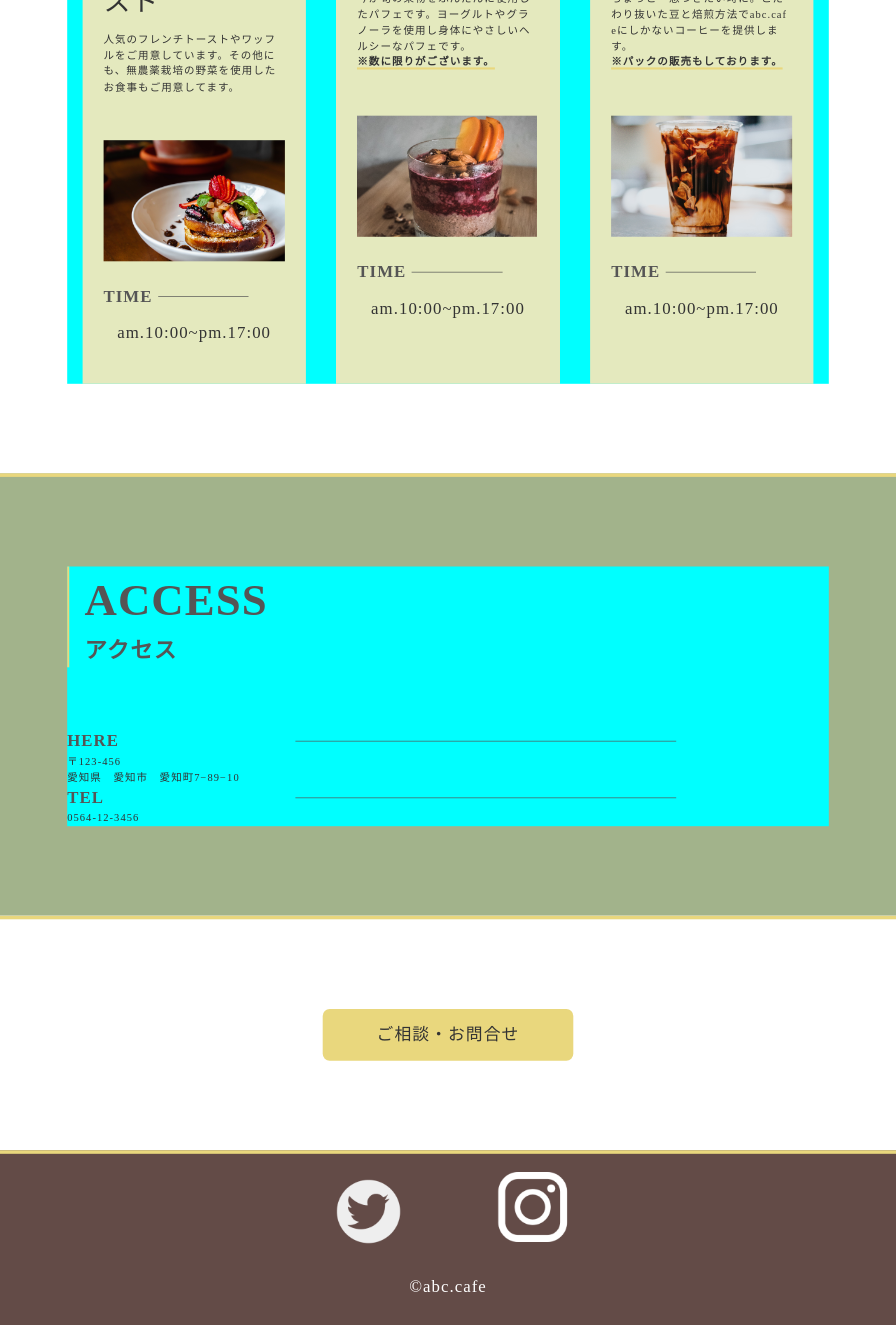
Repository: nozomi-23/lp1_test
Page: index.html
These files come from the project's save history. The page is drawn as it stood at one moment and after the next save; the edit follows.
The browser window is 1280 px wide. The pictures show the part of the page from y = 3545 to 5465 px (the page is 5439 px tall before and 5465 px after), at 70% of full size.

Above is the page before, as saved 2022-06-08 23:18:01.

After the next save:
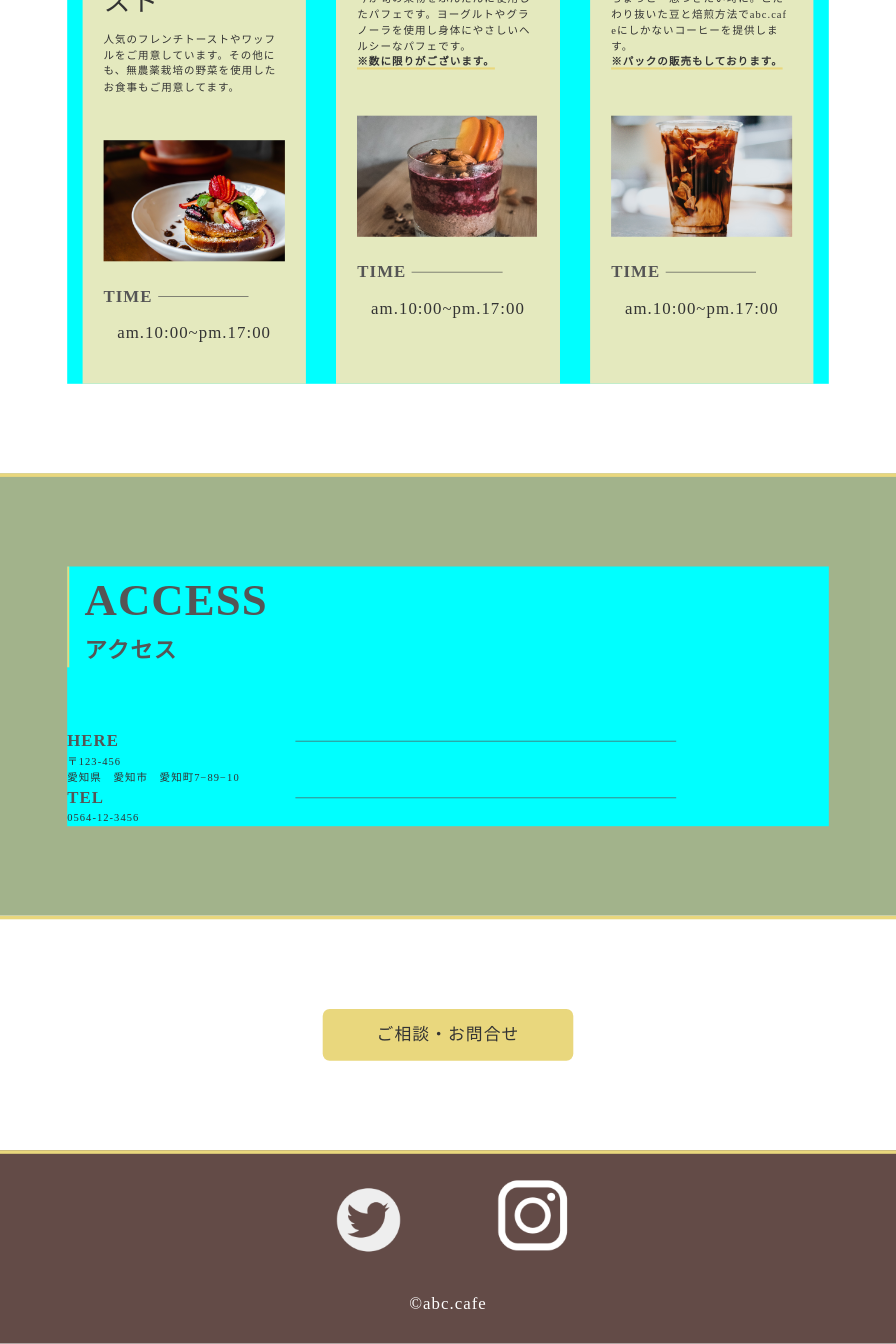
Saved 16 s later.
--- a/css/common.css
+++ b/css/common.css
@@ -269,5 +269,5 @@ footer
   justify-content: center;
 }
 .footer_sns li {
-  margin: 2% 5%;
-}
+  margin: 3% 5%;
+}
